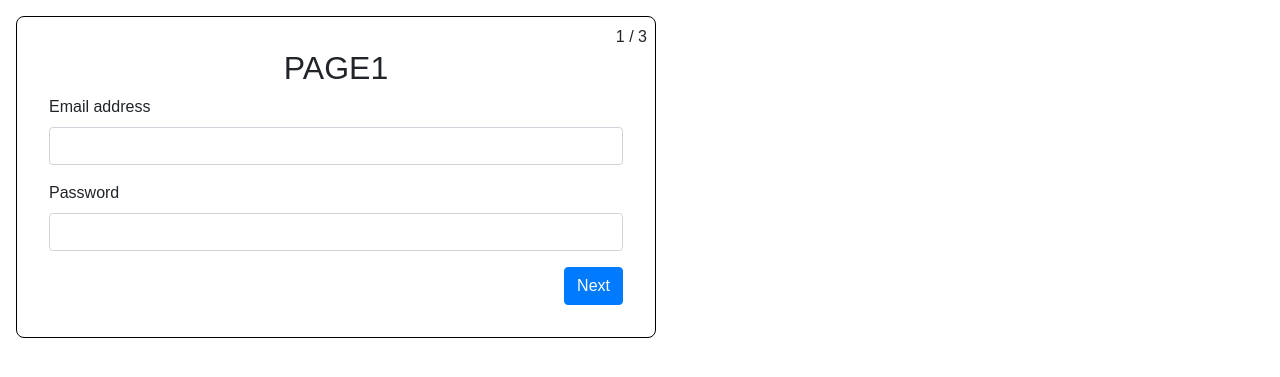
Repository: Aminox84/frontend-main
Page: /
An editor plug-in stored every save of this project. The page is shown before and after the next save, followed by the edit.
The browser window is 1280 px wide. The pictures show the whole page.
The project was rebuilt for these pictures with package versions that can differ from the ones it lists, and the page was loaded fresh each time. Also part of the build but not shown: src/AddressForm.tsx, src/AccountForm.tsx.

Above is the page before, as saved 2022-12-29 19:43:36.

### public/index.html
<!DOCTYPE html>
<html lang="en">
  <head>
    <meta charset="utf-8" />
    <link rel="icon" href="%PUBLIC_URL%/favicon.ico" />
    <meta name="viewport" content="width=device-width, initial-scale=1" />
    <meta name="theme-color" content="#000000" />
    <meta
      name="description"
      content="Web site created using create-react-app"
    />
    <link rel="apple-touch-icon" href="%PUBLIC_URL%/logo192.png" />

    <link rel="manifest" href="%PUBLIC_URL%/manifest.json" />
    <link rel="stylesheet" href="https://cdn.jsdelivr.net/npm/bootstrap@4.4.1/dist/css/bootstrap.min.css" integrity="sha384-Vkoo8x4CGsO3+Hhxv8T/Q5PaXtkKtu6ug5TOeNV6gBiFeWPGFN9MuhOf23Q9Ifjh" crossorigin="anonymous">

    <title>React App</title>
  </head>
  <body>
    <noscript>You need to enable JavaScript to run this app.</noscript>
    <div id="root"></div>
    <script src="https://code.jquery.com/jquery-3.4.1.slim.min.js" integrity="sha384-J6qa4849blE2+poT4WnyKhv5vZF5SrPo0iEjwBvKU7imGFAV0wwj1yYfoRSJoZ+n" crossorigin="anonymous"></script>
    <script src="https://cdn.jsdelivr.net/npm/popper.js@1.16.0/dist/umd/popper.min.js" integrity="sha384-Q6E9RHvbIyZFJoft+2mJbHaEWldlvI9IOYy5n3zV9zzTtmI3UksdQRVvoxMfooAo" crossorigin="anonymous"></script>
    <script src="https://cdn.jsdelivr.net/npm/bootstrap@4.4.1/dist/js/bootstrap.min.js" integrity="sha384-wfSDF2E50Y2D1uUdj0O3uMBJnjuUD4Ih7YwaYd1iqfktj0Uod8GCExl3Og8ifwB6" crossorigin="anonymous"></script>
  </body>
</html>

### src/App.tsx
import React from 'react';
import { useMultistepForm } from './useMultistepForm';
import { AddressForm } from './AddressForm';
import { AccountForm } from './AccountForm';
import { UserForm } from './userForm';


function App() {


const {steps,currentStepIndex,step,isFirstStep,isLastStep,back,next} = useMultistepForm([<UserForm />,<AddressForm />,<AccountForm />])

  return (
    <div style={{position:"relative",background:"white",border:"1px solid  black",padding:"2rem",margin:"1rem",borderRadius:".5rem",fontFamily:"Arial",width:"50%",}}>
      <form>
       <div style={{position:"absolute",top:".5rem",right:".5rem"}}> {currentStepIndex + 1} / {steps.length}</div>
       {step}
       <div className='d-flex justify-content-end'>
       {!isFirstStep && <button className='btn btn-primary ml-2' type="button" onClick={back}>Back</button>}
       <button type="button" className='btn btn-primary ml-2' onClick={next}>{isLastStep ? "Finish" : "Next"}</button>
       </div>
      </form>
    </div>
  );
}

export default App;

### src/useMultistepForm.ts
import {ReactElement,useState} from 'react'



export function useMultistepForm(steps: ReactElement[]){

const [currentStepIndex, setCurrentStepIndex]=useState(0)

function next(){
setCurrentStepIndex(i=>{
    if ( i > steps.length-1) return i
    return i +1
})
}
function back(){
    setCurrentStepIndex(i=>{
        if ( i <= 0) return i
        return i -1
    })
}
function goTo(index:number){
    setCurrentStepIndex(index);
}





return {
    currentStepIndex,
    step: steps[currentStepIndex],
    steps,
    isFirstStep: currentStepIndex===0,
    isLastStep: currentStepIndex=== steps.length-1,
    goTo,
    next,
    back
}

}

### src/userForm.tsx
export function UserForm() {
  return (
    <>

      <h2 style={{textAlign:"center"}}>PAGE1</h2>

      <form>
        <div className="form-group">
          <label htmlFor="exampleInputEmail1">Email address</label>
          <input
            type="email"
            className="form-control"
            id="exampleInputEmail1"
            aria-describedby="emailHelp"
          />
        </div>
        <div className="form-group">
          <label htmlFor="exampleInputPassword1">Password</label>
          <input
            type="password"
            className="form-control"
            id="exampleInputPassword1"
          />
        </div>
      </form>
    </>
  )
}

Loaded but not shown: src/index.tsx (common file)

After the next save:
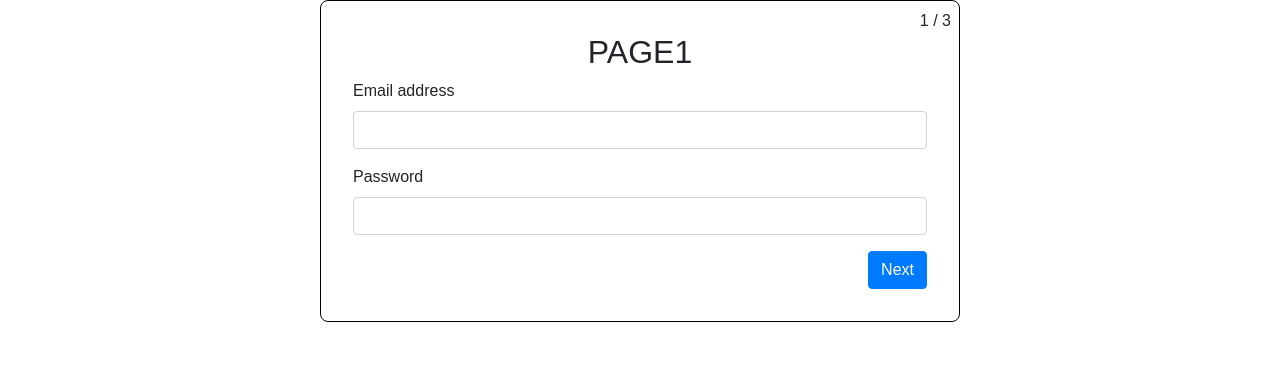
Saved 5 s later.
--- a/src/App.tsx
+++ b/src/App.tsx
@@ -11,7 +11,7 @@ function App() {
 const {steps,currentStepIndex,step,isFirstStep,isLastStep,back,next} = useMultistepForm([<UserForm />,<AddressForm />,<AccountForm />])
 
   return (
-    <div style={{position:"relative",background:"white",border:"1px solid  black",padding:"2rem",margin:"1rem",borderRadius:".5rem",fontFamily:"Arial",width:"50%",}}>
+    <div style={{position:"relative",background:"white",border:"1px solid  black",padding:"2rem",margin:"auto",borderRadius:".5rem",fontFamily:"Arial",width:"50%",}}>
       <form>
        <div style={{position:"absolute",top:".5rem",right:".5rem"}}> {currentStepIndex + 1} / {steps.length}</div>
        {step}
